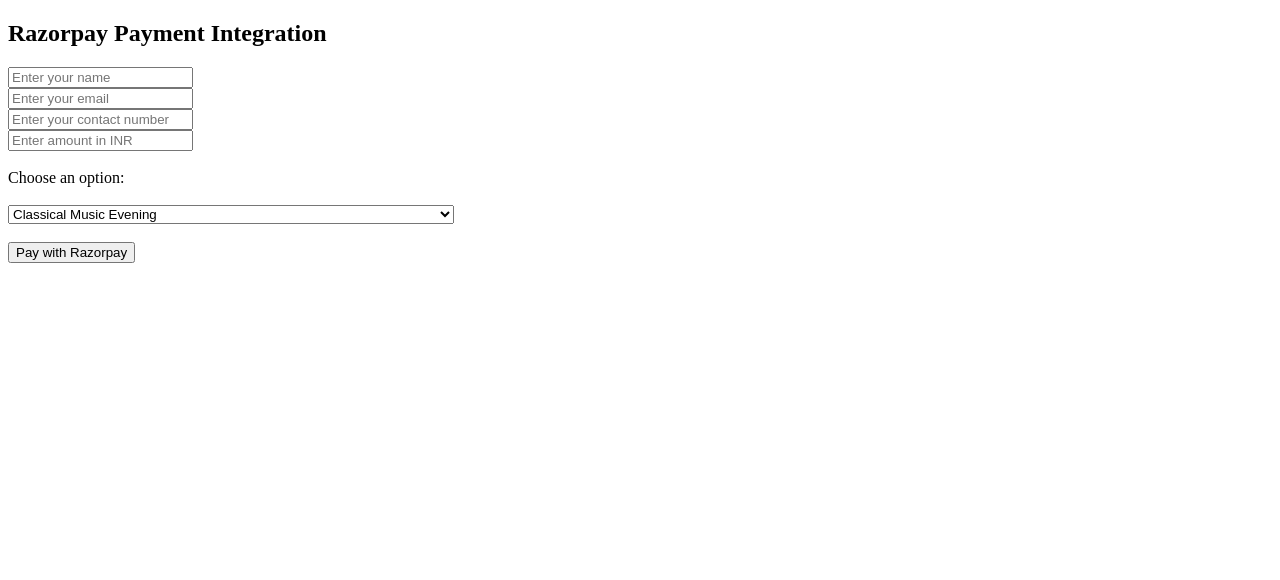
Repository: SharonSebastian32/razorpaypaymentgateway_implementation
Page: bookEventpage.html
The author's editor kept a copy of each file at every save. The page is drawn from the files as they stood at one save, then again after the next save.
The browser window is 1280 px wide. The pictures show the whole page.

Above is the page before, as saved 2024-08-09 07:30:45.

After the next save:
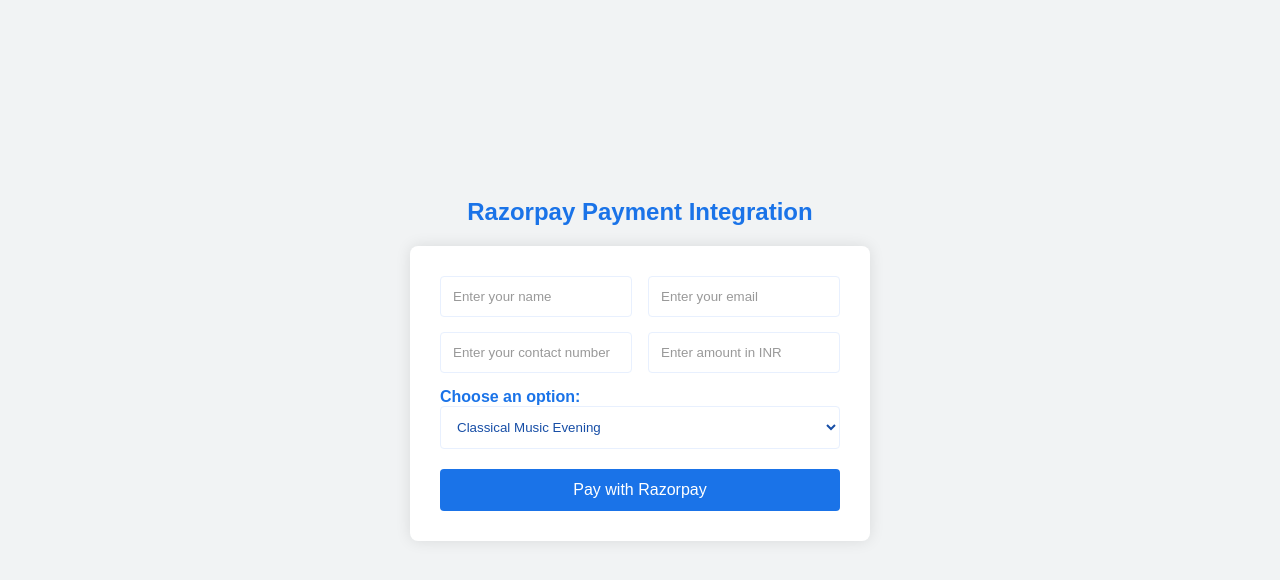
Saved 63 s later.
--- a/bookEventpage.html
+++ b/bookEventpage.html
@@ -1,44 +1,128 @@
-<!DOCTYPE html>
+ <!DOCTYPE html>
 <html lang="en">
   <head>
     <meta charset="UTF-8" />
     <meta name="viewport" content="width=device-width, initial-scale=1.0" />
     <title>Razorpay Payment Integration</title>
+    <style>
+      :root {
+        --primary-blue: #1a73e8;
+        --light-blue: #e8f0fe;
+        --dark-blue: #174ea6;
+        --white: #ffffff;
+        --light-gray: #f1f3f4;
+      }
+
+      body {
+        font-family: Arial, sans-serif;
+        background-color: var(--light-gray);
+        display: flex;
+        justify-content: center;
+        align-items: center;
+        height: 100vh;
+        margin: 0;
+      }
+
+      h2 {
+        text-align: center;
+        color: var(--primary-blue);
+        margin-bottom: 20px;
+      }
+
+      #paymentForm {
+        background-color: var(--white);
+        padding: 30px;
+        border-radius: 8px;
+        box-shadow: 0 0 15px rgba(0, 0, 0, 0.1);
+        width: 400px;
+      }
+
+      .form-row {
+        display: flex;
+        justify-content: space-between;
+        margin-bottom: 15px;
+      }
+
+      .form-group {
+        flex: 0 0 48%;
+      }
+
+      input, select {
+        width: 100%;
+        padding: 12px;
+        border: 1px solid var(--light-blue);
+        border-radius: 4px;
+        box-sizing: border-box;
+        background-color: var(--white);
+        color: var(--dark-blue);
+        transition: border-color 0.3s ease;
+      }
+
+      input:focus, select:focus {
+        outline: none;
+        border-color: var(--primary-blue);
+      }
+
+      input::placeholder {
+        color: #999;
+      }
+
+      label {
+        display: block;
+        margin-top: 15px;
+        color: var(--primary-blue);
+        font-weight: bold;
+      }
+
+      #rzp-button1 {
+        width: 100%;
+        padding: 12px;
+        background-color: var(--primary-blue);
+        color: var(--white);
+        border: none;
+        border-radius: 4px;
+        cursor: pointer;
+        font-size: 16px;
+        margin-top: 20px;
+        transition: background-color 0.3s ease;
+      }
+
+      #rzp-button1:hover {
+        background-color: var(--dark-blue);
+      }
+    </style>
   </head>
   <body>
-    <h2>Razorpay Payment Integration</h2>
-    <form id="paymentForm">
-      <input type="text" id="name" placeholder="Enter your name" required />
-      <br />
-      <input type="email" id="email" placeholder="Enter your email" required />
-      <br />
-      <input
-        type="text"
-        id="contact"
-        placeholder="Enter your contact number"
-        required
-      />
-      <br />
-      <input
-        type="text"
-        id="amount"
-        placeholder="Enter amount in INR"
-        required
-      />
-      <br />
-      <br />
-      <label for="choices">Choose an option:</label>
-      <br />
-      <br />
-      <select id="choices" name="choices">
-        <!-- Options will be dynamically generated here -->
-      </select>
-      <br />
-      <br />
-      <button id="rzp-button1" type="submit">Pay with Razorpay</button>
-    </form>
+    <div>
+      <h2>Razorpay Payment Integration</h2>
+      <form id="paymentForm">
+        <div class="form-row">
+          <div class="form-group">
+            <input type="text" id="name" placeholder="Enter your name" required />
+          </div>
+          <div class="form-group">
+            <input type="email" id="email" placeholder="Enter your email" required />
+          </div>
+        </div>
+        <div class="form-row">
+          <div class="form-group">
+            <input type="text" id="contact" placeholder="Enter your contact number" required />
+          </div>
+          <div class="form-group">
+            <input type="text" id="amount" placeholder="Enter amount in INR" required />
+          </div>
+        </div>
+        <label for="choices">Choose an option:</label>
+        <select id="choices" name="choices">
+          <!-- Options will be dynamically generated here -->
+        </select>
+        <button id="rzp-button1" type="submit">Pay with Razorpay</button>
+      </form>
+    </div>
+
     <!--------------------------paymentGatewayScripts--------------->
-    <script src="./paymentGateway.js"></script>
+    <script src="./Script/paymentGateway.js"></script>
+
     <!--------------------------razorpayScript ---------------------->
     <script src="https://checkout.razorpay.com/v1/checkout.js"></script>
   </body>
